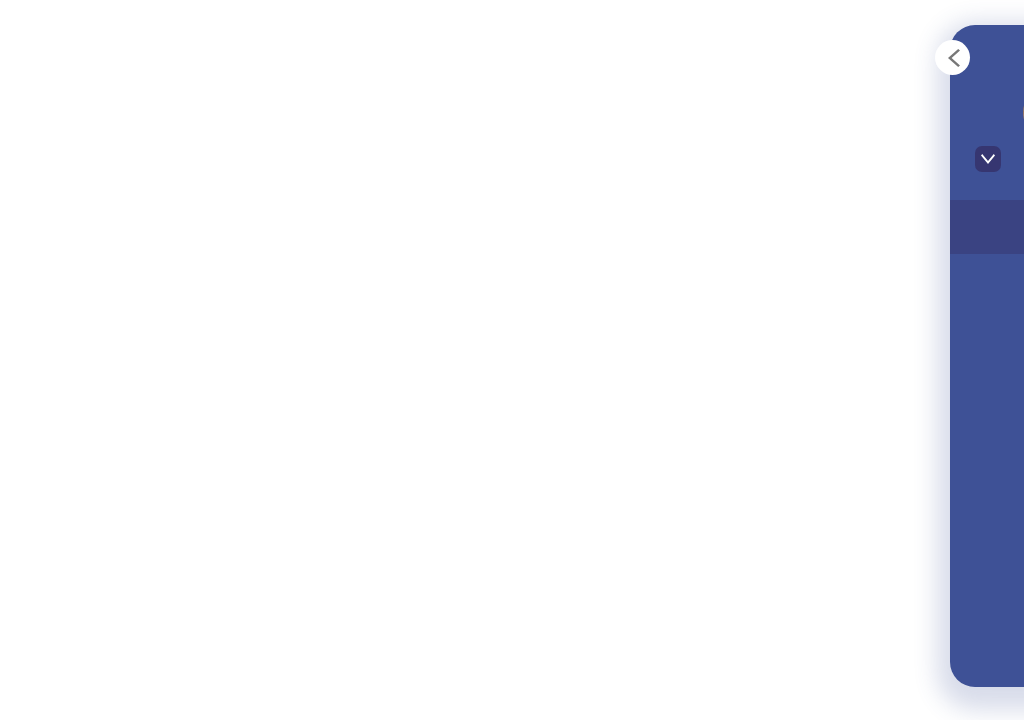
Repository: kosar78/quiz-online
Page: manager-panel-dashbord.html
An editor plug-in stored every save of this project. The page is shown before and after the next save, followed by the edit.
The browser window is 1024 px wide. The pictures show the whole page.
After loading, the first visible `div.resize-sidebar` was clicked once.

Above is the page before, as saved 2021-11-09 22:19:02.

After the next save:
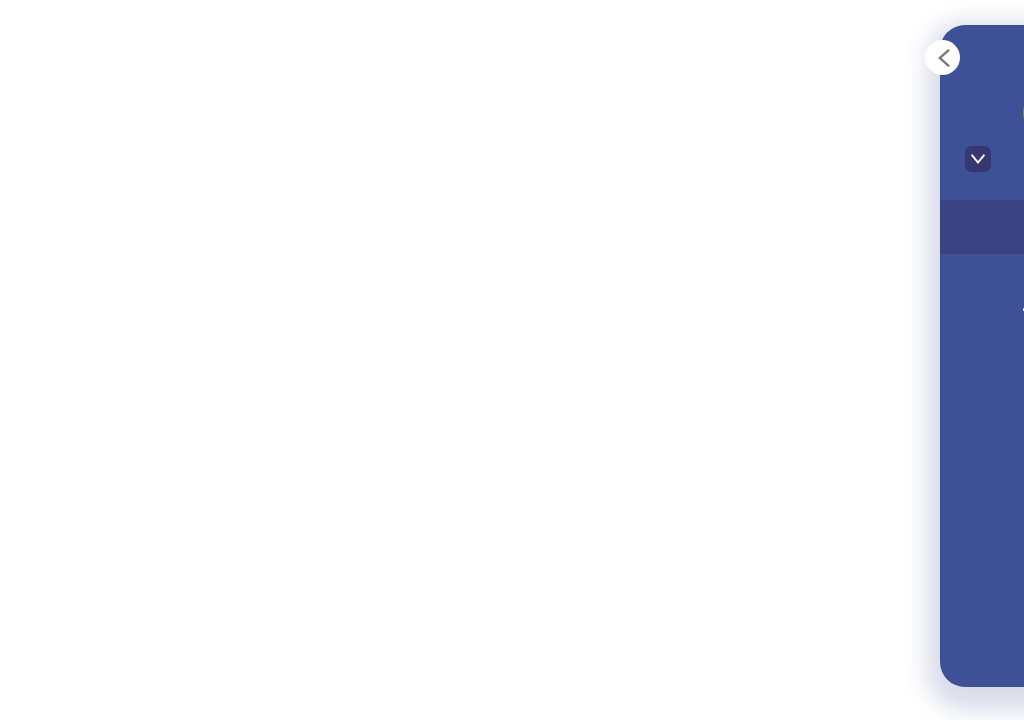
Saved 53 s later.
--- a/css/manager-panel.css
+++ b/css/manager-panel.css
@@ -218,6 +218,9 @@ ul li{
     .manage-profile-menubar {
         margin-top: -55px;
     }
+    .small-sidebar .user-profile {
+        padding-right: 0px;
+    }
 }
 @media(max-width:880px){
     .user-name-phone .user-name,
